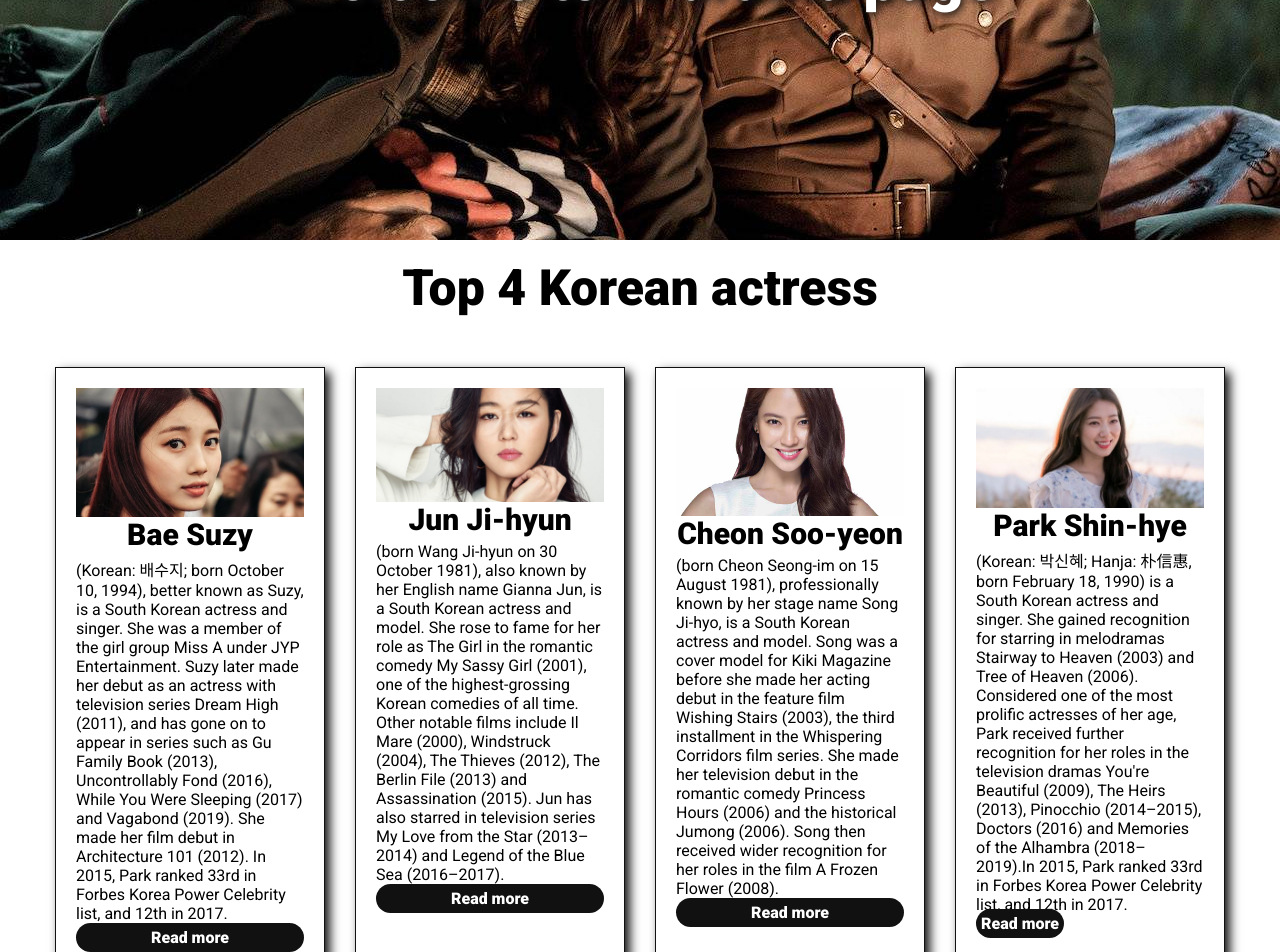
Repository: michalskirobert/K-drama-website
Page: index.html
An editor plug-in stored every save of this project. The page is shown before and after the next save, followed by the edit.
The browser window is 1280 px wide. The pictures show the part of the page from y = 352 to 1304 px (the page is 2841 px tall before and 2803 px after).
A picture or video elsewhere on the page could not be fetched, so the positions and the page height are approximate.

Above is the page before, as saved 2020-10-26 17:50:22.

After the next save:
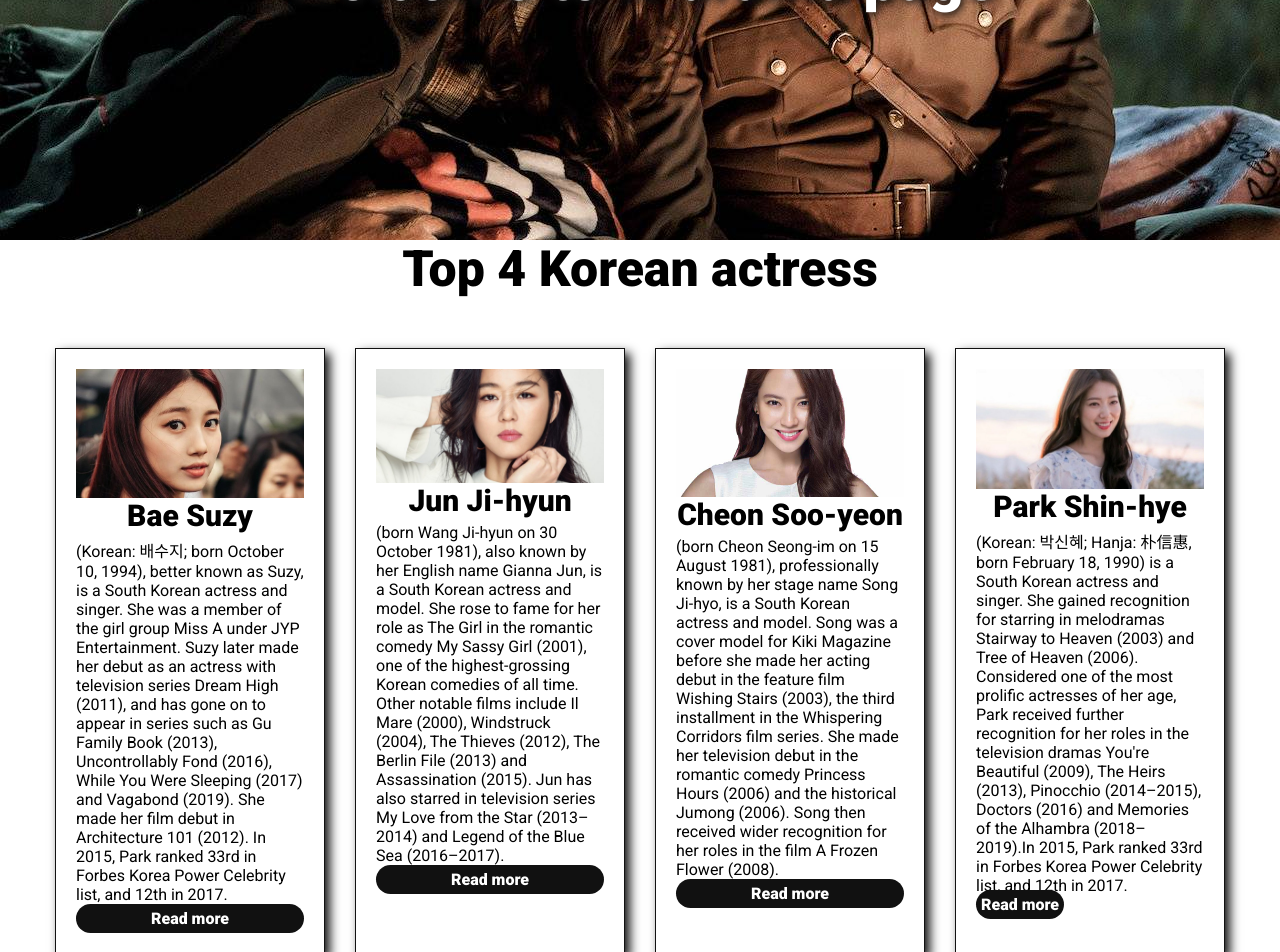
Saved 43 s later.
--- a/index.html
+++ b/index.html
@@ -41,7 +41,6 @@
       </div>
     </section>
     <section class="home main--box">
-      <br>
       <h1>Top 4 Korean actress</h1>
       <div class="container">
         <div class="box__item">
@@ -117,7 +116,7 @@
             <div class="box box--drama">
               <img src="./img/dramas/tshlEp1.jpg" alt="">
               <p>
-                <b>Episode 1</b> <br>
+                <b>Episode 1</b>
                 During an interview psychiatrist Yoo Jin Kook (Park Sung Woong) is distracted by a boy in the photo of
                 him fishing. The interview asks if that is the “boy of destiny”.
               </p>
@@ -128,7 +127,7 @@
             <div class="box box--drama">
               <img src="./img/dramas/tshlEp2.jpg" alt="">
               <p>
-                <b>Episode 2</b><br>
+                <b>Episode 2</b>
                 Yoo Jin Kan (Jung So Min) ditches her brother Yoo Jin Kook (Park Sung Woong) to drink with her arranged
                 date, police officer Eom Cho Rong.
               </p>
@@ -199,7 +198,7 @@
       <div class="form__newsletter">
         <div id="hidden__communicate">
         </div>
-        <label for="mail">Newsletter</label> <br>
+        <label for="mail">Newsletter</label>
         <input type="email" name="mail" id="valid__mail" placeholder="your e-mail"><input type="submit" value="Send"
           id="button" onclick="sendButton()">
       </div>
